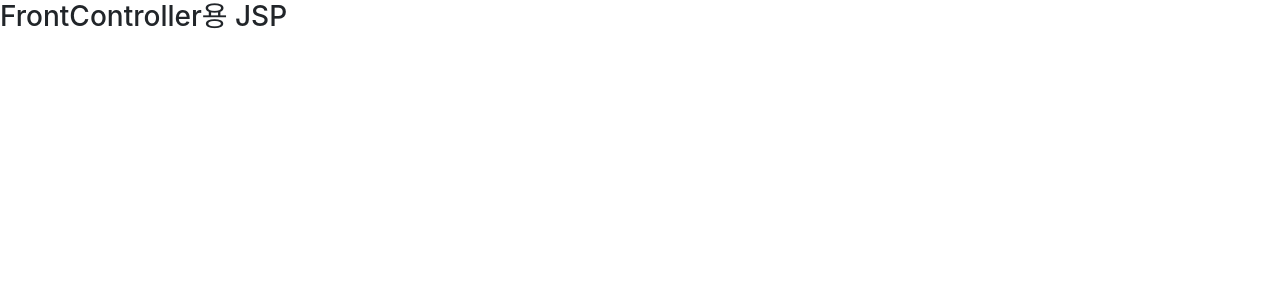
Repository: rasz60/ezen
Page: http://localhost/jsp_servlet_22_ex01/frontCon.jsp
The author's editor kept a copy of each file at every save. The page is drawn from the files as they stood at one save, then again after the next save.
The browser window is 1280 px wide. The pictures show the whole page.
Some web libraries are served in a nearby version. The page is served by Tomcat 9. Other server files are loaded and not shown.

Above is the page before, as saved 2022-02-14 03:02:53.

### 04_jsp_servlet-workspace/jsp_servlet_22_ex01/src/main/webapp/frontCon.jsp
<%@ page language="java" contentType="text/html; charset=UTF-8"
    pageEncoding="UTF-8"%>
<%@ taglib prefix="c" uri="http://java.sun.com/jsp/jstl/core" %>
<%@ taglib prefix="fmt" uri="http://java.sun.com/jsp/jstl/fmt" %>
<%@ taglib prefix="sql" uri="http://java.sun.com/jsp/jstl/sql" %>
<%@ taglib prefix="x" uri="http://java.sun.com/jsp/jstl/xml" %>
<%@ taglib prefix="fn" uri="http://java.sun.com/jsp/jstl/functions" %>

<!DOCTYPE html>
<html lang="ko">
<head>
<meta charset="UTF-8">
<meta name="viewport" content="width=device-width, initial-scale=1">
<link rel="stylesheet" href="https://cdn.jsdelivr.net/npm/bootstrap@4.6.1/dist/css/bootstrap.min.css">
<link rel="stylesheet" href="https://pro.fontawesome.com/releases/v5.10.0/css/all.css"
	  integrity="sha384-AYmEC3Yw5cVb3ZcuHtOA93w35dYTsvhLPVnYs9eStHfGJvOvKxVfELGroGkvsg+p"
	  crossorigin="anonymous"/>
<script src="https://ajax.googleapis.com/ajax/libs/jquery/3.5.1/jquery.min.js"></script>
<script src="https://cdn.jsdelivr.net/npm/popper.js@1.16.1/dist/umd/popper.min.js"></script>
<script src="https://cdn.jsdelivr.net/npm/bootstrap@4.6.1/dist/js/bootstrap.bundle.min.js"></script>
<title>FrontCon JSP</title>
</head>

<body>

<h3>FrontController용 JSP</h3>
</body>
</html>

After the next save:
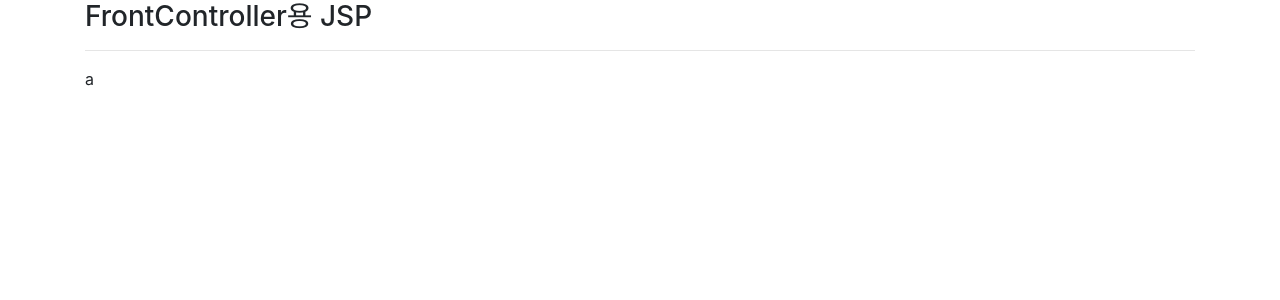
Saved 38 s later.
--- a/04_jsp_servlet-workspace/jsp_servlet_22_ex01/src/main/webapp/frontCon.jsp
+++ b/04_jsp_servlet-workspace/jsp_servlet_22_ex01/src/main/webapp/frontCon.jsp
@@ -22,7 +22,11 @@
 </head>
 
 <body>
+<div class="container">
+	<h3>FrontController용 JSP</h3>
+	<hr />
 
-<h3>FrontController용 JSP</h3>
+	a <href="insert.do"></href>
+</div>
 </body>
 </html>
